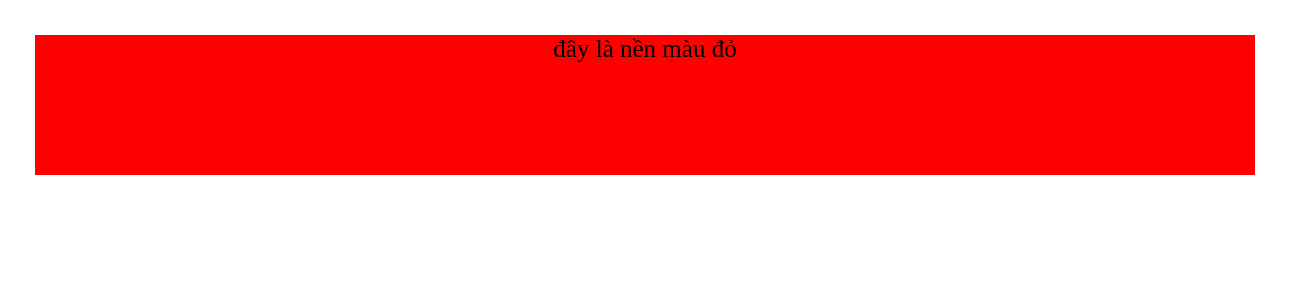
Repository: phanvu0103/HTML-CSS
Page: CSS_08.2_Background-clip/index.html
These files come from the project's save history. The page is drawn as it stood at one moment and after the next save; the edit follows.
The browser window is 1280 px wide. The page is 1290 px wide, so the pictures cover 1290 px, including what lies to the right of the window. The pictures show the whole page.

Above is the page before, as saved 2022-09-28 09:25:05.

### CSS_08.2_Background-clip/index.html
<!DOCTYPE html>
<html>
  <head>
    <title>Vũ Hên Khải</title>
    <meta charset="utf-8" />
    <link rel="stylesheet" href="style.css" />
    <style>
      /* html,body{
                    margin: 0;
                }

                .header{
                    width: 100%;
                    height: 100px;
                    background-color: red;
                    padding: 20px;
                    box-sizing: border-box;
                    border: 10px dashed #fff;
                    background-clip: content-box;
                } */
    </style>
  </head>
  <body>
    <div class="header">đây là nền màu đỏ</div>
  </body>
</html>

### CSS_08.2_Background-clip/style.css
* {
  margin: 0;
  padding: 0;
  box-sizing: border-box;
}
html,
body {
  margin: 0;
}

.header {
  width: 100%;
  height: 200px;
  background-color: red;
  padding: 20px;
  box-sizing: border-box;
  border: 10px dashed #fff;
  background-clip: content-box;
  text-align: center;
  font-size: 25px;
  margin: 5px;
  display: inline-block;
  font-style: normal;
}

After the next save:
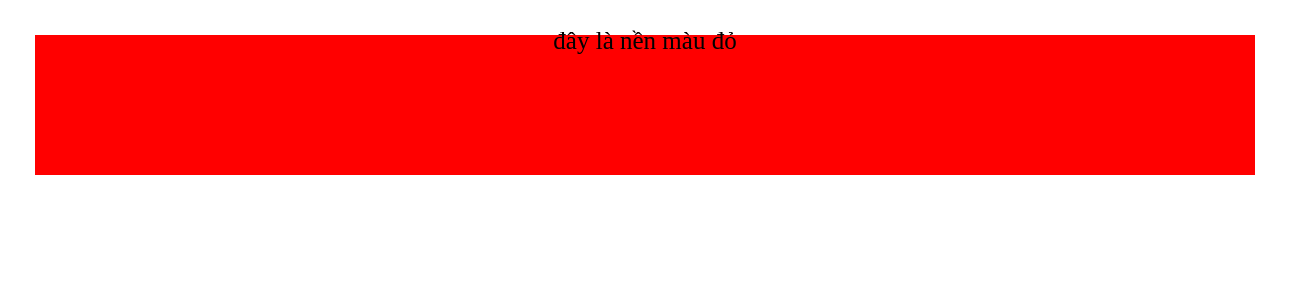
Saved 50 s later.
--- a/CSS_08.2_Background-clip/style.css
+++ b/CSS_08.2_Background-clip/style.css
@@ -6,6 +6,7 @@
 html,
 body {
   margin: 0;
+  line-height: 12px;
 }
 
 .header {

After the save that followed:
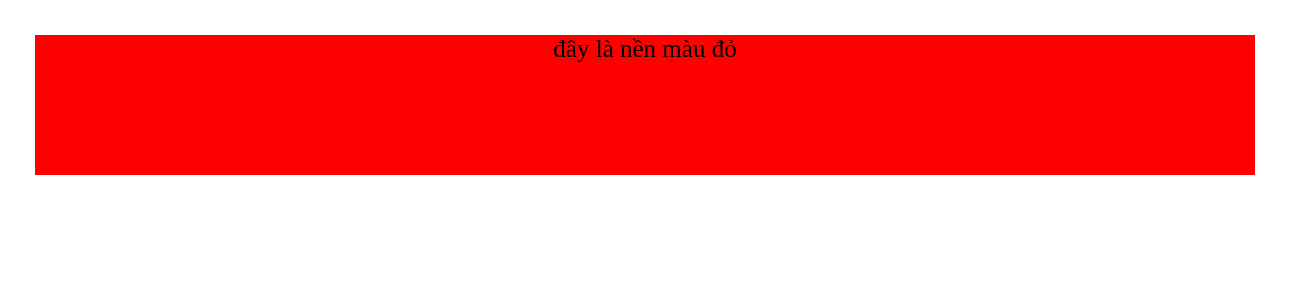
Saved 11 s later.
--- a/CSS_08.2_Background-clip/style.css
+++ b/CSS_08.2_Background-clip/style.css
@@ -6,7 +6,7 @@
 html,
 body {
   margin: 0;
-  line-height: 12px;
+  line-height: -12px;
 }
 
 .header {
